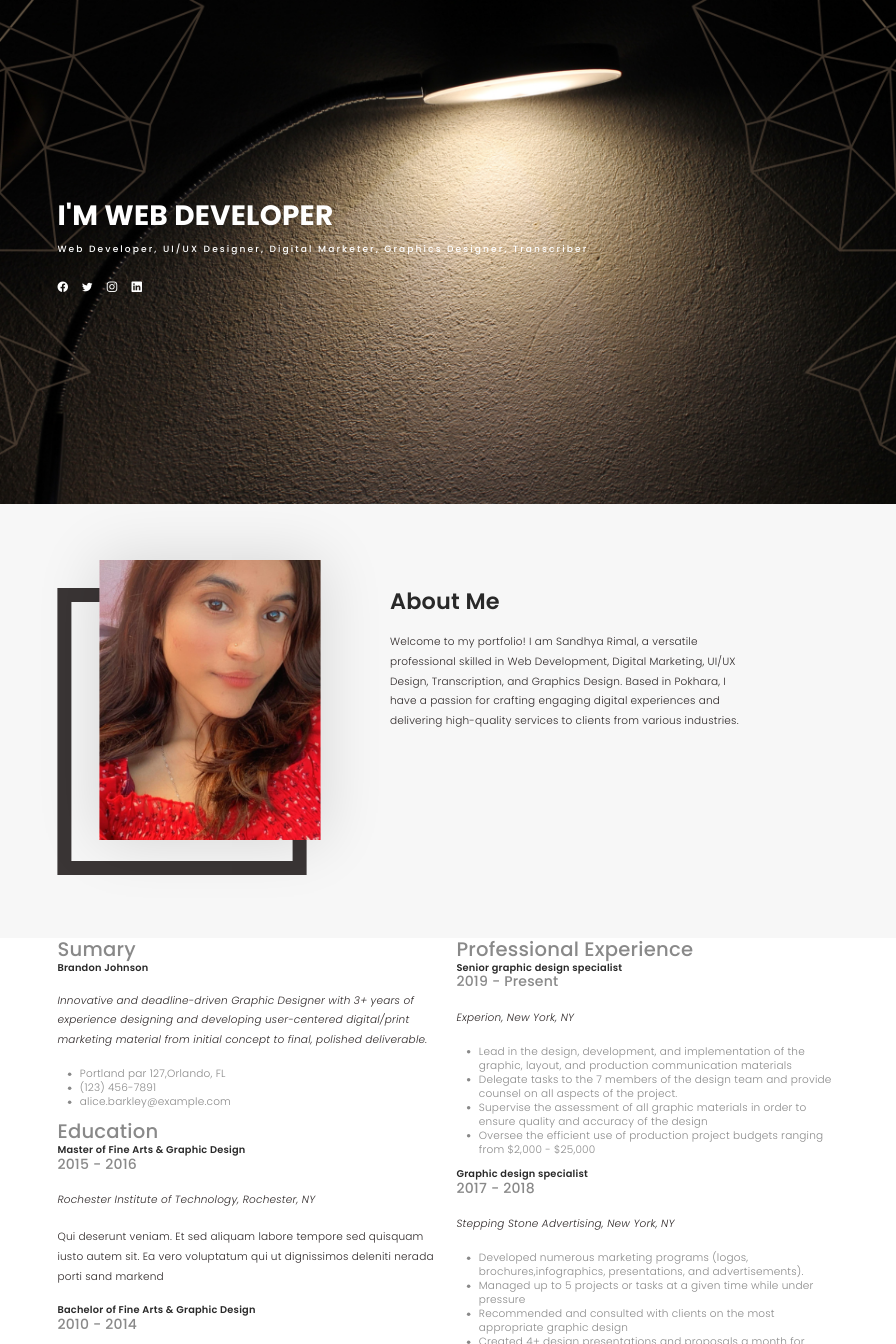
Repository: sandhya8109/portfolio
Page: index.html
These files come from the project's save history. The page is drawn as it stood at one moment and after the next save; the edit follows.
The browser window is 1280 px wide. The pictures show the part of the page from y = 0 to 1920 px (the page is 5067 px tall before and 5248 px after), at 70% of full size.
Some web fonts or font styles are not loaded; a fallback is used.

Above is the page before, as saved 2023-11-20 19:44:26.

After the next save:
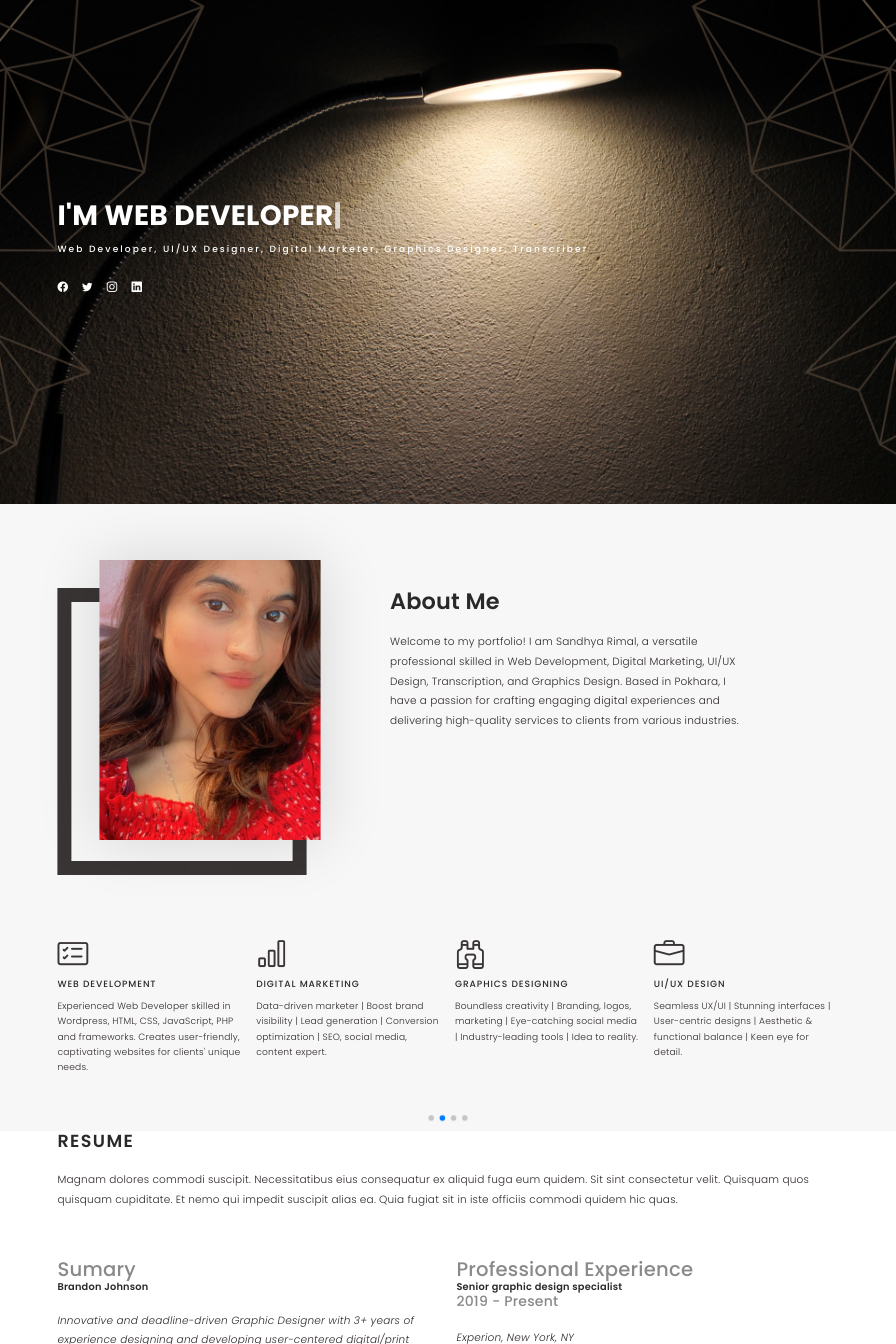
Saved 99 s later.
--- a/index.html
+++ b/index.html
@@ -115,10 +115,66 @@
       </div>
     </div><!-- End About Section -->
 
+
+    <!-- ======= Services Section ======= -->
+    <div id="services">
+      <div class="container">
+
+        <div class="services-slider swiper" data-aos="fade-up" data-aos-delay="100">
+          <div class="swiper-wrapper">
+
+            <div class="swiper-slide">
+              <div class="services-block">
+                <i class="bi bi-briefcase"></i>
+                <span>UI/UX DESIGN</span>
+                <p class="separator">
+                  Seamless UX/UI | Stunning interfaces | User-centric designs | Aesthetic & functional balance | Keen eye for detail.</p>
+              </div>
+            </div><!-- End testimonial item -->
+
+            <div class="swiper-slide">
+              <div class="services-block">
+                <i class="bi bi-card-checklist"></i>
+                <span>Web Development</span>
+                <p class="separator">
+                  Experienced Web Developer skilled in Wordpress, HTML, CSS, JavaScript, PHP and frameworks. Creates user-friendly, captivating websites for clients' unique needs.</p>
+              </div>
+                           </div><!-- End testimonial item -->
+            <div class="swiper-slide">
+              <div class="services-block">
+                <i class="bi bi-bar-chart"></i>
+                <span>Digital Marketing</span>
+                <p class="separator">
+                  Data-driven marketer | Boost brand visibility | Lead generation | Conversion optimization | SEO, social media, content expert.</p>
+              </div>
+            </div><!-- End testimonial item -->
+            <div class="swiper-slide">
+              <div class="services-block">
+                <i class="bi bi-binoculars"></i>
+                <span>Graphics Designing</span>
+                <p class="separator">
+                  Boundless creativity | Branding, logos, marketing | Eye-catching social media | Industry-leading tools | Idea to reality.</p>
+              </div>
+                            </div><!-- End testimonial item -->
+
+            </div><!-- End testimonial item -->
+
+
+
+          </div>
+          <div class="swiper-pagination"></div>
+        </div>
+
+      </div>
+
+    </div><!-- End Services Section -->
     <section id="resume" class="resume">
       <div class="container aos-init aos-animate" data-aos="fade-up">
 
-
+        <div class="section-title">
+          <h2>Resume</h2>
+          <p>Magnam dolores commodi suscipit. Necessitatibus eius consequatur ex aliquid fuga eum quidem. Sit sint consectetur velit. Quisquam quos quisquam cupiditate. Et nemo qui impedit suscipit alias ea. Quia fugiat sit in iste officiis commodi quidem hic quas.</p>
+        </div>
 
         <div class="row">
           <div class="col-lg-6">
@@ -176,59 +232,6 @@
 
       </div>
     </section>
-    <!-- ======= Services Section ======= -->
-    <div id="services">
-      <div class="container">
-
-        <div class="services-slider swiper" data-aos="fade-up" data-aos-delay="100">
-          <div class="swiper-wrapper">
-
-            <div class="swiper-slide">
-              <div class="services-block">
-                <i class="bi bi-briefcase"></i>
-                <span>UI/UX DESIGN</span>
-                <p class="separator">
-                  Seamless UX/UI | Stunning interfaces | User-centric designs | Aesthetic & functional balance | Keen eye for detail.</p>
-              </div>
-            </div><!-- End testimonial item -->
-
-            <div class="swiper-slide">
-              <div class="services-block">
-                <i class="bi bi-card-checklist"></i>
-                <span>Web Development</span>
-                <p class="separator">
-                  Experienced Web Developer skilled in Wordpress, HTML, CSS, JavaScript, PHP and frameworks. Creates user-friendly, captivating websites for clients' unique needs.</p>
-              </div>
-                           </div><!-- End testimonial item -->
-            <div class="swiper-slide">
-              <div class="services-block">
-                <i class="bi bi-bar-chart"></i>
-                <span>Digital Marketing</span>
-                <p class="separator">
-                  Data-driven marketer | Boost brand visibility | Lead generation | Conversion optimization | SEO, social media, content expert.</p>
-              </div>
-            </div><!-- End testimonial item -->
-            <div class="swiper-slide">
-              <div class="services-block">
-                <i class="bi bi-binoculars"></i>
-                <span>Graphics Designing</span>
-                <p class="separator">
-                  Boundless creativity | Branding, logos, marketing | Eye-catching social media | Industry-leading tools | Idea to reality.</p>
-              </div>
-                            </div><!-- End testimonial item -->
-
-            </div><!-- End testimonial item -->
-
-
-
-          </div>
-          <div class="swiper-pagination"></div>
-        </div>
-
-      </div>
-
-    </div><!-- End Services Section -->
-
     <!-- ======= Portfolio Section ======= -->
     <div id="portfolio" class="paddsection">
 
